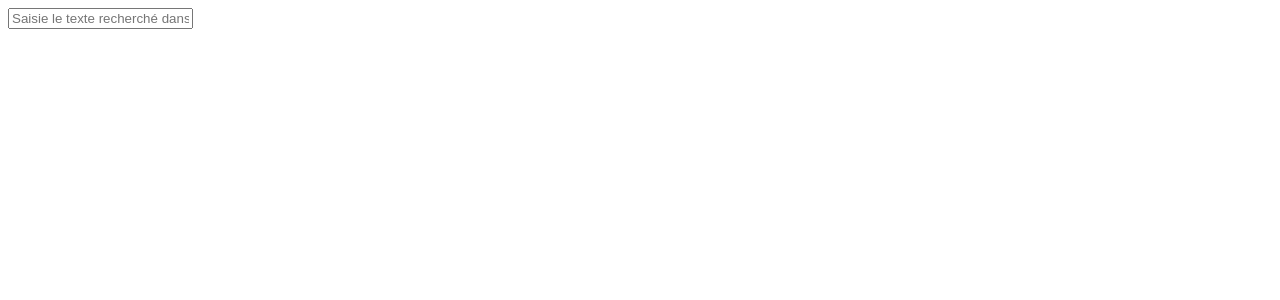
Repository: ProjetManiax/Projet-Maniax
Page: http://localhost/database/application/views/viewDeal.php
These files come from the project's save history. The page is drawn as it stood at one moment and after the next save; the edit follows.
The browser window is 1280 px wide. The pictures show the whole page.
The page is run by PHP 8.4 with error messages shown; the project is at /var/www/html/. application/core/MY_Config.php is not in the repository; a stand-in opens the database connection.

Above is the page before, as saved 2018-10-25 03:11:52.
Console error: SyntaxError: Unexpected token '<'

After the next save:
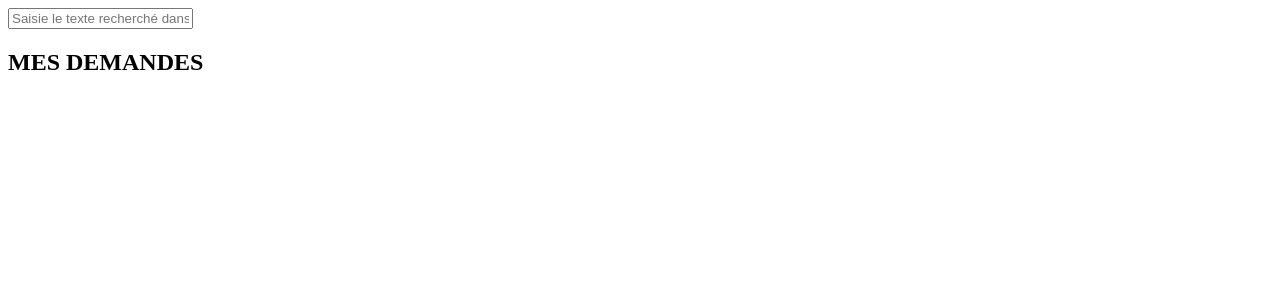
Saved 70 s later.
--- a/application/views/viewDeal.php
+++ b/application/views/viewDeal.php
@@ -15,7 +15,7 @@
     </div>
     <div>
         <div>
-
+            <h2>MES DEMANDES</h2>
         </div>
         <div>
 
